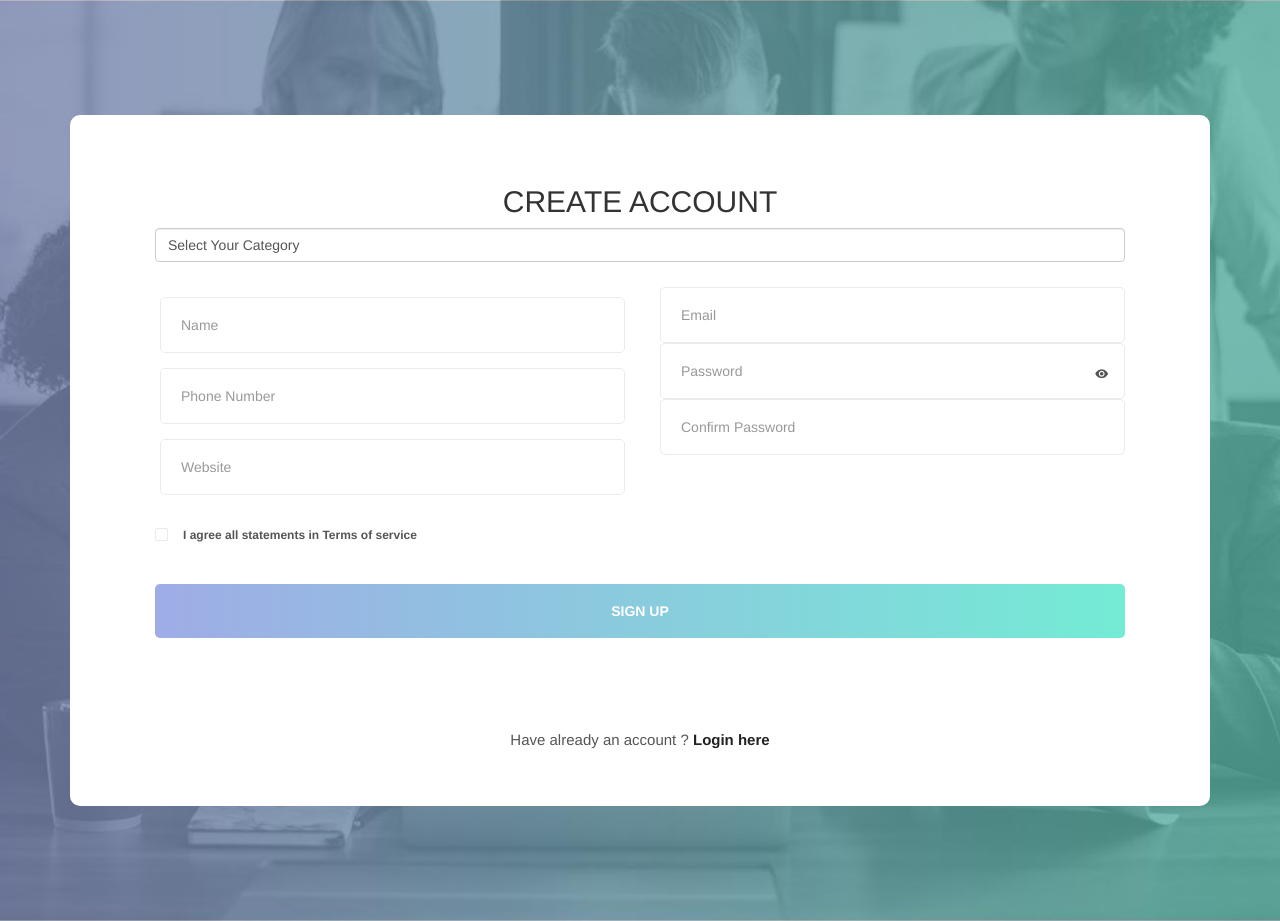
Repository: zainbt/Career_Bridge
Page: static/register/register.html
These files come from the project's save history. The page is drawn as it stood at one moment and after the next save; the edit follows.
The browser window is 1280 px wide. The pictures show the whole page.

Above is the page before, as saved 2019-11-18 18:24:51.

After the next save:
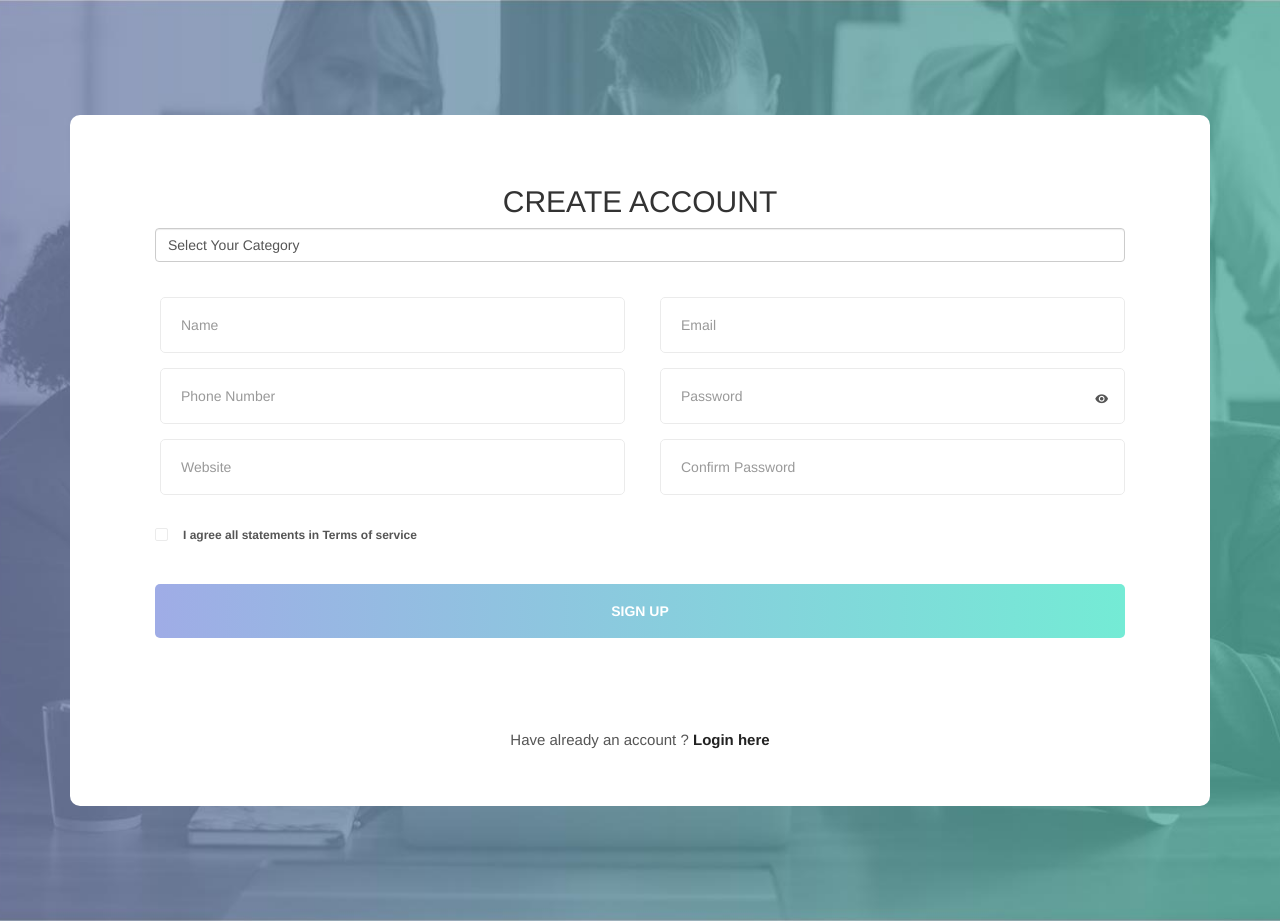
Saved 36 s later.
--- a/static/register/register.html
+++ b/static/register/register.html
@@ -48,10 +48,16 @@
                             </div>
 
                             <div class="col-md-6 textFields">
-                                <input type="email" class="form-input" name="email" id="email" placeholder="Email" />
-                                <input type="password" class="form-input" name="password" id="password" placeholder="Password" />
-                                <span toggle="#password" class="zmdi zmdi-eye field-icon toggle-password"></span>
-                                <input type="password" class="form-input" name="re_password" id="re_password" placeholder="Confirm Password" />
+                                <div class="form-group">
+                                    <input type="email" class="form-input" name="email" id="email" placeholder="Email" />
+                                </div>
+                                <div class="form-group">
+                                    <input type="password" class="form-input" name="password" id="password" placeholder="Password" />
+                                    <span toggle="#password" class="zmdi zmdi-eye field-icon toggle-password"></span>
+                                </div>
+                                <div class="form-group">
+                                    <input type="password" class="form-input" name="re_password" id="re_password" placeholder="Confirm Password" />
+                                </div>
                             </div>
                         </div>
                         <div class="form-group">
@@ -71,16 +77,7 @@
                                                         <input type="text" class="form-input" name="name" id="name" placeholder="Name" />
                                 <input type="number" class="form-input" name="number" id="name" placeholder="Phone Number" />
                                 <input type="url" class="form-input" name="website" id="name" placeholder="Website" />
-                        <div class="form-group">
-                            <input type="email" class="form-input" name="email" id="email" placeholder="Email" />
-                        </div>
-                        <div class="form-group">
-                            <input type="password" class="form-input" name="password" id="password" placeholder="Password" />
-                            <span toggle="#password" class="zmdi zmdi-eye field-icon toggle-password"></span>
-                        </div>
-                        <div class="form-group">
-                            <input type="password" class="form-input" name="re_password" id="re_password" placeholder="Confirm Password" />
-                        </div>
+
                     -->
 
 
